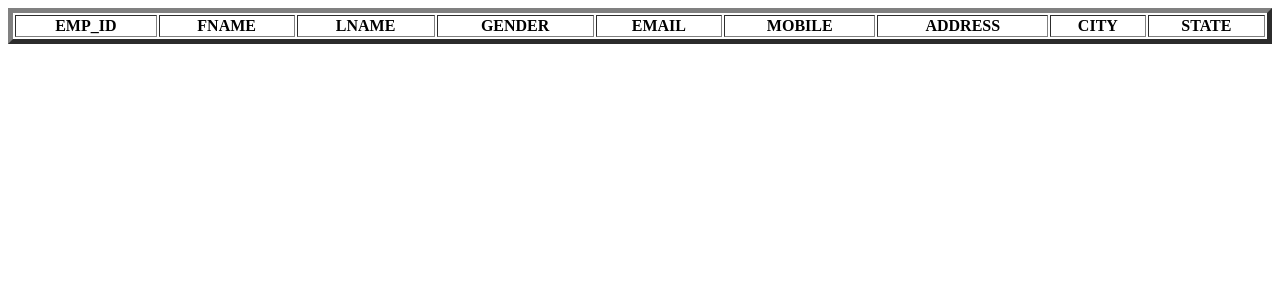
Repository: Pintu-6545/Java_Programming
Page: http://localhost/Employee_Data/show.jsp
The author's editor kept a copy of each file at every save. The page is drawn from the files as they stood at one save, then again after the next save.
The browser window is 1280 px wide. The pictures show the whole page.
The page is served by Tomcat 10. Queries for data that is not in the repository find no rows.

Above is the page before, as saved 2025-11-01 09:43:14.

After the next save:
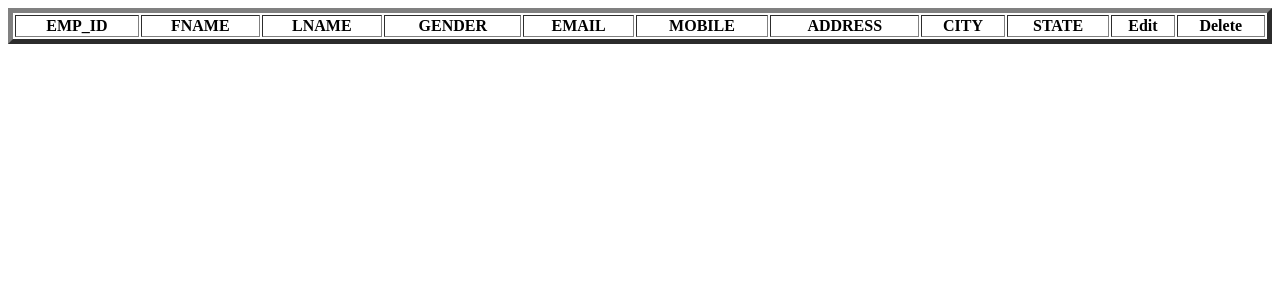
Saved 106 s later.
--- a/Online Employeement Management System/Employee_Data/src/main/webapp/show.jsp
+++ b/Online Employeement Management System/Employee_Data/src/main/webapp/show.jsp
@@ -21,6 +21,8 @@
               <th>ADDRESS</th>
               <th>CITY</th>
               <th>STATE</th>
+              <th>Edit</th>
+              <th>Delete</th>
          </tr>
          <%
            List<Employee> list = EmployeeDao.getEmployees();
